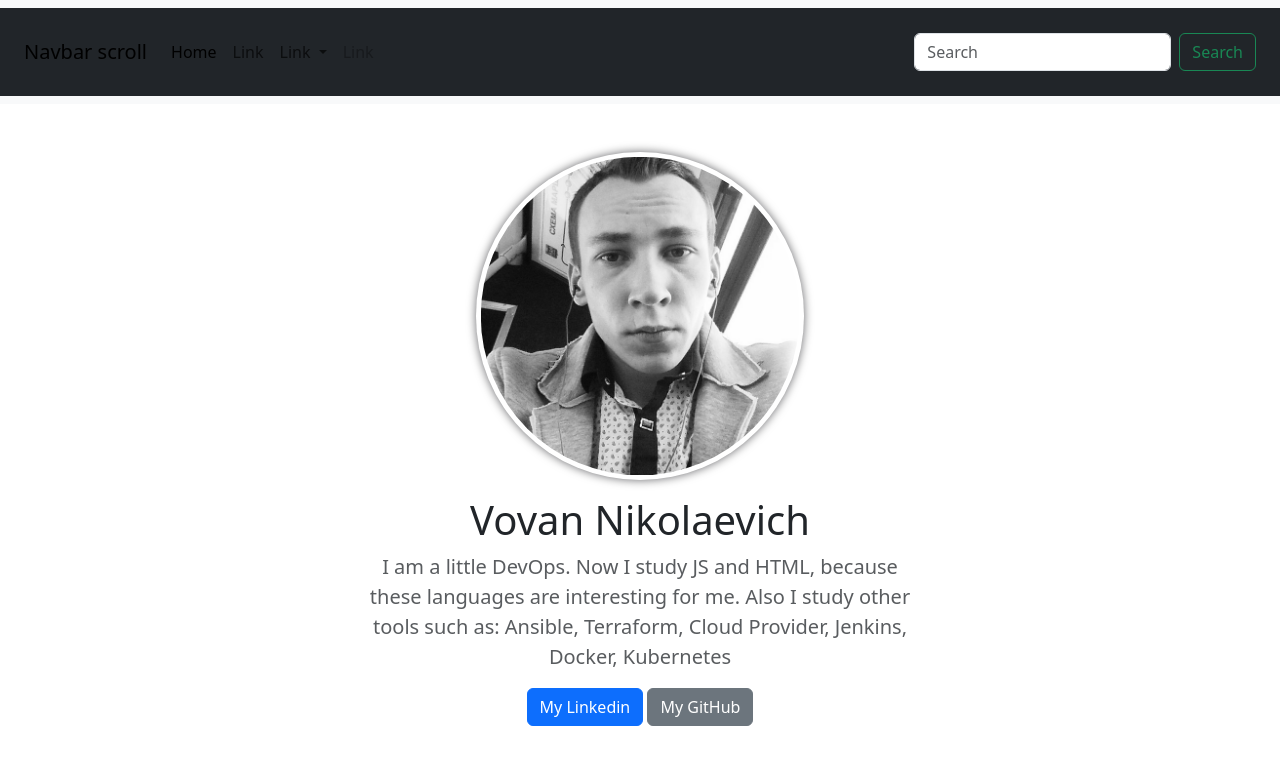
Repository: vovanbl411/mini-web-site
Page: index.html
These files come from the project's save history. The page is drawn as it stood at one moment and after the next save; the edit follows.
The browser window is 1280 px wide. The pictures show the whole page.

Above is the page before, as saved 2023-01-22 00:11:37.

### index.html
<!DOCTYPE html>
<html lang="en">
  <head>
    <meta charset="UTF-8" />
    <meta name="viewport" content="width=device-width, initial-scale=1.0" />
    <title>My page</title>
    <link
      href="https://cdn.jsdelivr.net/npm/bootstrap@5.3.0-alpha1/dist/css/bootstrap.min.css"
      rel="stylesheet"
      integrity="sha384-GLhlTQ8iRABdZLl6O3oVMWSktQOp6b7In1Zl3/Jr59b6EGGoI1aFkw7cmDA6j6gD"
      crossorigin="anonymous"
    />
    <style>
      .rounded-img {
        width: 60%;
        border-radius: 50%;
        box-shadow: 0 0 10px rgba(0, 0, 7, 0.6);
        padding: 0.3em;
        margin-bottom: 1em;
      }
    </style>
  </head>
  <body>
    <nav class="navbar navbar-expand-lg bg-body-tertiary">
      <div class="container-fluid bg-dark p-4">
        <a class="navbar-brand" href="#">Navbar scroll</a>
        <button
          class="navbar-toggler"
          type="button"
          data-bs-toggle="collapse"
          data-bs-target="#navbarScroll"
          aria-controls="navbarScroll"
          aria-expanded="false"
          aria-label="Toggle navigation"
        >
          <span class="navbar-toggler-icon"></span>
        </button>
        <div class="collapse navbar-collapse" id="navbarScroll">
          <ul
            class="navbar-nav me-auto my-2 my-lg-0 navbar-nav-scroll"
            style="--bs-scroll-height: 100px"
            class="text-white h4
          >
            <li class="nav-item">
              <a class="nav-link active" aria-current="page" href="#">Home</a>
            </li>
            <li class="nav-item">
              <a class="nav-link" href="#">Link</a>
            </li>
            <li class="nav-item dropdown">
              <a
                class="nav-link dropdown-toggle"
                href="#"
                role="button"
                data-bs-toggle="dropdown"
                aria-expanded="false"
              >
                Link
              </a>
              <ul class="dropdown-menu">
                <li><a class="dropdown-item" href="#">Action</a></li>
                <li><a class="dropdown-item" href="#">Another action</a></li>
                <li><hr class="dropdown-divider" /></li>
                <li>
                  <a class="dropdown-item" href="#">Something else here</a>
                </li>
              </ul>
            </li>
            <li class="nav-item">
              <a class="nav-link disabled">Link</a>
            </li>
          </ul>
          <form class="d-flex" role="search">
            <input
              class="form-control me-2"
              type="search"
              placeholder="Search"
              aria-label="Search"
            />
            <button class="btn btn-outline-success" type="submit">
              Search
            </button>
          </form>
        </div>
      </div>
    </nav>
    <div class="container text-center my-5">
      <div class="row">
        <div class="col-lg-6 col-md-8 mx-auto">
          <img
            class="rounded-img"
            src="Screenshot.png"
            alt="Vovan Nikolaevich"
          />
          <h1 class="fw-light">Vovan Nikolaevich</h1>
          <p class="lead text-muted">
            I am a little DevOps. Now I study JS and HTML, because these
            languages are interesting for me. Also I study other tools such as:
            Ansible, Terraform, Cloud Provider, Jenkins, Docker, Kubernetes
          </p>
          <a
            href="https://www.linkedin.com/in/vovan-nikolaevich/"
            target="_blank"
            class="btn btn-primary"
          >
            My Linkedin
          </a>
          <a
            href="https://github.com/vovanbl411"
            target="_blank"
            class="btn btn-secondary"
          >
            My GitHub
          </a>
        </div>
      </div>
    </div>
  </body>
</html>

After the next save:
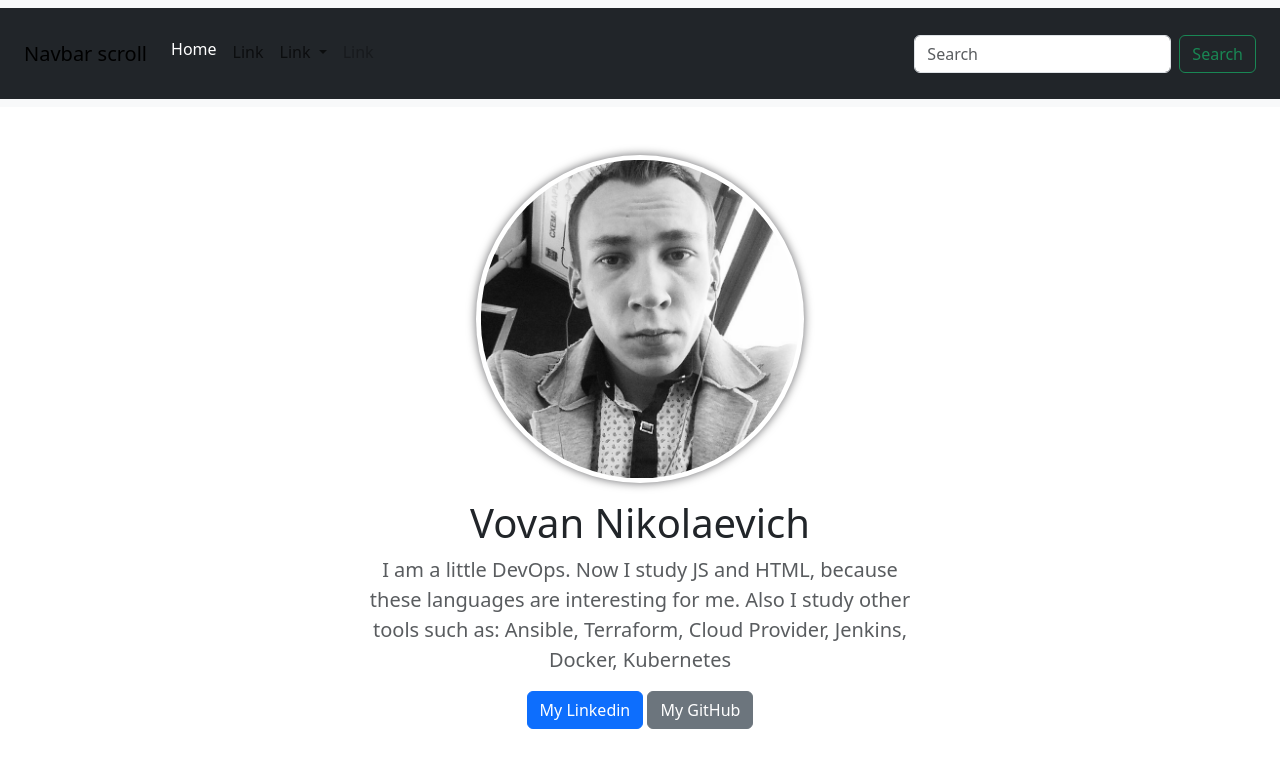
Saved 42 s later.
--- a/index.html
+++ b/index.html
@@ -39,10 +39,14 @@
           <ul
             class="navbar-nav me-auto my-2 my-lg-0 navbar-nav-scroll"
             style="--bs-scroll-height: 100px"
-            class="text-white h4
           >
             <li class="nav-item">
-              <a class="nav-link active" aria-current="page" href="#">Home</a>
+              <a
+                class="nav-link active text-white h4"
+                aria-current="page"
+                href="#"
+                >Home</a
+              >
             </li>
             <li class="nav-item">
               <a class="nav-link" href="#">Link</a>
